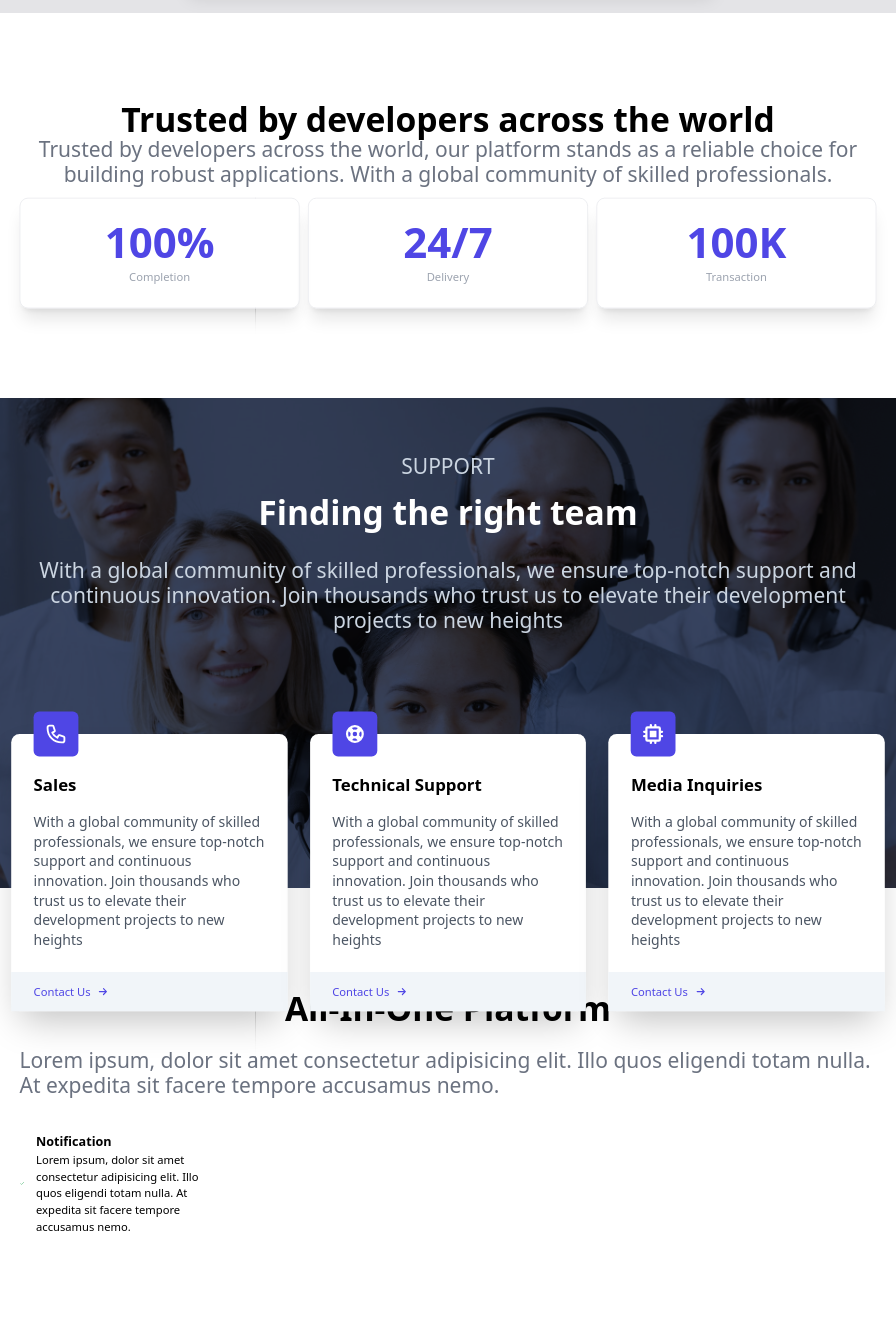
Repository: adrcstro/react-project-2
Page: /
These files come from the project's save history. The page is drawn as it stood at one moment and after the next save; the edit follows.
The browser window is 1280 px wide. The pictures show the part of the page from y = 702 to 2622 px (the page is 2594 px tall before and 2622 px after), at 70% of full size.
The project was rebuilt for these pictures with package versions that can differ from the ones it lists, and the page was loaded fresh each time.

Above is the page before, as saved 2024-08-15 21:03:42.

After the next save:
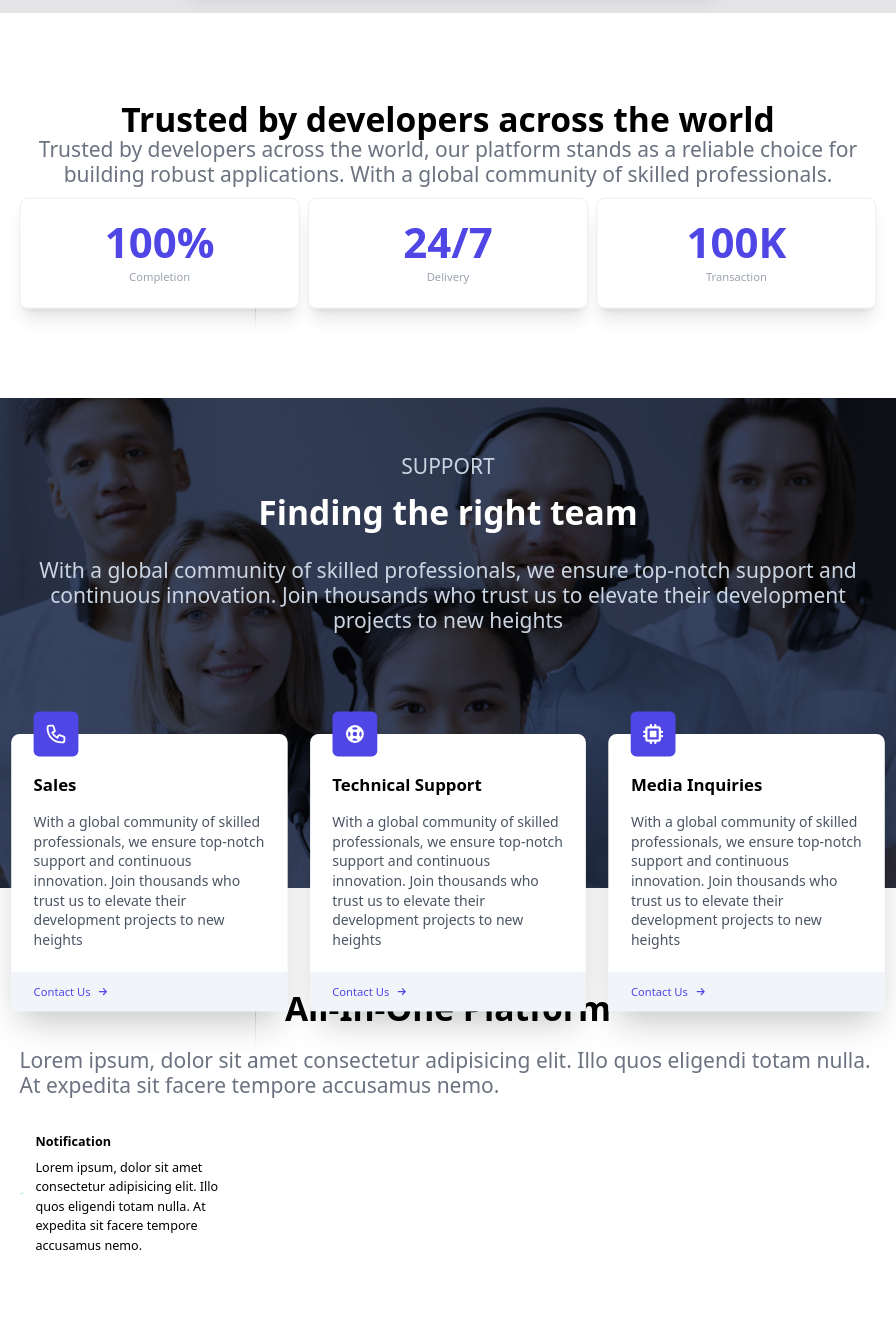
Saved 12 s later.
--- a/src/components/AllinOne.jsx
+++ b/src/components/AllinOne.jsx
@@ -13,7 +13,7 @@ function AllinOne() {
                     <CheckIcon className='w-7 mr-4 text-green-600'/>
                     <div className=''>
                         <h3 className='font-bold text-lg'>Notification</h3>
-                        <p>Lorem ipsum, dolor sit amet consectetur adipisicing elit. Illo quos eligendi
+                        <p className='text-lg pt-2'>Lorem ipsum, dolor sit amet consectetur adipisicing elit. Illo quos eligendi
                         totam nulla. At expedita sit facere tempore accusamus nemo.</p>
                     </div>
 
